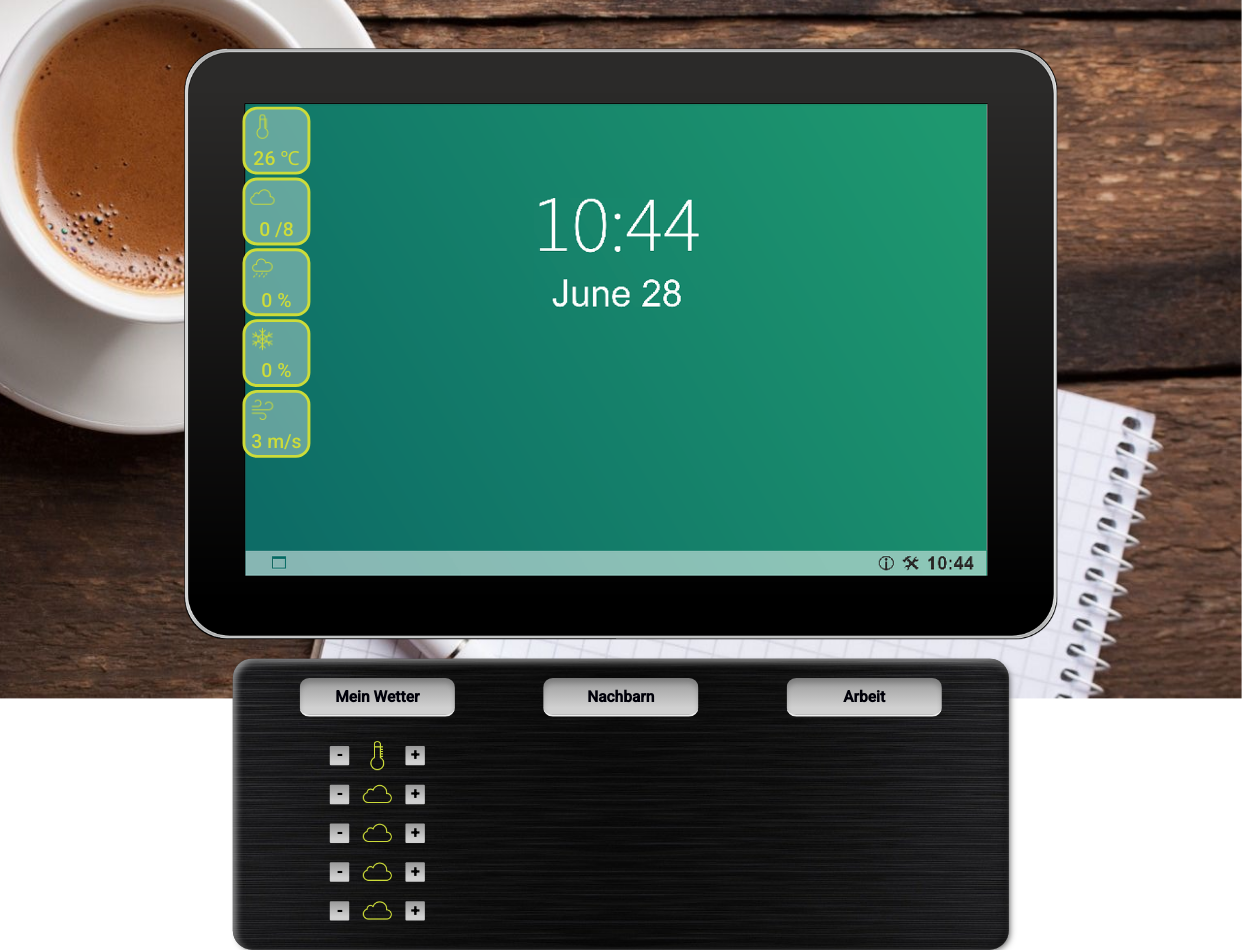
Repository: NadiaSchmitz/wetter.githab.io
Page: index.html
The author's editor kept a record of every edit. The page is drawn from the files as they stood at one moment, then again after the next edit.
The browser window is 1280 px wide. The pictures show the whole page, at 97% of full size.

Above is the page before.
Not found: styles/background1.css
Not found: styles/background2.css
Not found: styles/background3.css

### index.html
<!DOCTYPE html>
<html>

<head>
  <meta charset="utf-8" />
  <title>Das Wetter</title>
  <link rel="stylesheet" href="./styles/reset.css" type="text/css" />
  <link rel="stylesheet" href="./styles/style.css" type="text/css" />
  <link rel="stylesheet" href="./styles/icons.css" type="text/css" />
  <link rel="stylesheet" href="./styles/table.css" type="text/css" />
  <link rel="stylesheet" href="./styles/tablet.css" type="text/css" />
  <link rel="stylesheet" href="./styles/keyboard.css" type="text/css" />
  <link rel="stylesheet" href="./styles/background1.css" type="text/css" />
  <link rel="stylesheet" href="./styles/background2.css" type="text/css" />
  <link rel="stylesheet" href="./styles/background3.css" type="text/css" />
  <meta name="viewport" content="width=device-width, initial-scale=1.0">
  <link rel="preconnect" href="https://fonts.googleapis.com">
  <link rel="preconnect" href="https://fonts.gstatic.com" crossorigin>
  <link href="https://fonts.googleapis.com/css2?family=Roboto:wght@500&display=swap" rel="stylesheet">
  <link rel="shortcut icon" href="images/favicon.png" type="image/x-icon">
  <script src="https://ajax.googleapis.com/ajax/libs/jquery/2.2.0/jquery.min.js"></script>

</head>

<body>
  <section class="wrapper">
    <div class="coffee"></div>
    <section class="inner_wrapper">
      <div class="weather_wrapper">
        <div id="weather" class="main_layout_my_weather">
        <div id="layout_1" class="layout1_my_weather"></div>
        <div class="status_wrapper">
          <div class="status status_temperature">
            <div class="status_value status_temperature_value">
              <span>26</span>
              <span class="celsius">&#8451;</span>
            </div>
          </div>
          <div class="status status_clouds">
            <div class="status_value status_clouds_value">
              <span>0</span>
              <span>/8</span>
            </div>
          </div>
          <div class="status status_rain">
            <div class="status_value status_rain_value">
              <span>0</span>
              <span>%</span>
            </div>
          </div>
          <div class="status status_snow">
            <div class="status_value status_snow_value">
              <span>0</span>
              <span>%</span>
            </div>
          </div>
          <div class="status status_wind">
            <div class="status_value status_wind_value">
              <span>3</span>
              <span>m/s</span>
            </div>
          </div>
        </div>
      </div>
      </div>
      <div class="control">
        <div class="control_keyboard">
          <div class="control_keyboard_section">
            <div class="weather_button_wrapper">
              <span id="myWeather" class="weather_button">Mein Wetter</span>
            </div>
            <div class="control_keyboard_content">
              <div class="control_keyboard_content_item">
                <span class="control_button temperatur_minus">-</span>
                <span class="control_weather temperatur_value"></span>
                <span class="control_button temperatur_plus">+</span>
              </div>
              <div class="control_keyboard_content_item">
                <span class="control_button clouds_minus">-</span>
                <span class="control_weather clouds_value"></span>
                <span class="control_button clouds_plus">+</span>
              </div>
              <div class="control_keyboard_content_item">
                <span class="control_button clouds_minus">-</span>
                <span class="control_weather clouds_value"></span>
                <span class="control_button clouds_plus">+</span>
              </div>
              <div class="control_keyboard_content_item">
                <span class="control_button clouds_minus">-</span>
                <span class="control_weather clouds_value"></span>
                <span class="control_button clouds_plus">+</span>
              </div>
              <div class="control_keyboard_content_item">
                <span class="control_button clouds_minus">-</span>
                <span class="control_weather clouds_value"></span>
                <span class="control_button clouds_plus">+</span>
              </div>
            </div>
          </div>
          <div class="control_keyboard_section">
            <div class="weather_button_wrapper">
              <span id="nachbarnWeather" class="weather_button">Nachbarn</span>
            </div>
          </div>
          <div class="control_keyboard_section">
            <div class="weather_button_wrapper">
              <span id="arbeitWeather" class="weather_button">Arbeit</span>
            </div>
          </div>
        </div>
      </div>
    </section>
  </section>
  <script type="text/javascript" src="./js/weather.js"></script>
  <script type="text/javascript" src="./js/general.js"></script>
</body>

</html>

### styles/reset.css
html, body, div, span, applet, object, iframe,
h1, h2, h3, h4, h5, h6, p, blockquote, pre,
a, abbr, acronym, address, big, cite, code,
del, dfn, em, img, ins, kbd, q, s, samp,
small, strike, strong, sub, sup, tt, var,
b, u, i, center,
dl, dt, dd, ol, ul, li,
fieldset, form, label, legend,
table, caption, tbody, tfoot, thead, tr, th, td,
article, aside, canvas, details, embed,
figure, figcaption, footer, header, hgroup,
menu, nav, output, ruby, section, summary,
time, mark, audio, video {
	margin: 0;
	padding: 0;
	box-sizing: border-box;
	border: 0;
	font-size: 100%;
	font: inherit;
	vertical-align: baseline;
}
/* HTML5 display-role reset for older browsers */
article, aside, details, figcaption, figure,
footer, header, hgroup, menu, nav, section {
	display: block;
}
body {
	line-height: 1;
}
ol, ul {
	list-style: none;
}
blockquote, q {
	quotes: none;
}
blockquote:before, blockquote:after,
q:before, q:after {
	content: '';
	content: none;
}
table {
	border-collapse: collapse;
	border-spacing: 0;
}

### styles/style.css
.wrapper {
  height: calc(100vh);
  background-position: 50% -200px;
}

.inner_wrapper {
  font-family: 'Roboto', sans-serif;
  padding: 50px  0 0 0;
}

.weather_wrapper {
  width: 900px;
  height: 609px;
  background-image: url(../images/tablet.png);
  background-size: contain;
  background-repeat: no-repeat;
  margin: 0 auto 20px;
  padding: 50px;
}

#weather {
  position: relative;
  width: 800px;
  height: 511px;
  background-size: cover;
  background-repeat: no-repeat;
  background-position: 50%;
  margin: 0 auto;
}

#layout_1 {
  position: absolute;
  top: 0;
  bottom: 0;
  left: 0;
  right: 0;
  background-size: cover;
  background-position: 40% 0;
}

.status_wrapper {
  padding: 10px 0 0 10px;
}

.status {
  position: relative;
  width: 70px;
  height: 70px;
  border-radius: 15px;
  border: 3px solid #cddc39;
  background-size: 25px;
  background-position: 5px 5px;
  background-repeat: no-repeat;
  background-color: rgb(255 255 255 / 35%);
  margin: 0 0 3px 0;
}

.status:last-of-type {
  margin: 0;
}

.status_value {
  font-size: 20px;
  line-height: 40px;
  text-align: center;
  color: #cddc39;
  margin: 30px 0 0 0;
}

.control {

}

.control_keyboard {
  width: 800px;
  height: 300px;
  background-color: #3a3939;
  background-size: cover;
  border-radius: 20px;
  text-align: center;
  box-shadow: inset rgba(0,0,0,.5) -3px -3px 8px, inset rgb(179 178 178 / 90%) 3px 3px 8px, rgba(0,0,0,.8) 3px 3px 8px -3px;
  margin: 0 auto;
  padding: 20px;
}

.control_keyboard_section {
  display: inline-block;
  vertical-align: top;
  width: 32.5%;
  padding: 0 10px 0 10px;
}

.weather_button_wrapper {
  margin: 0 0 30px 0;
}

.weather_button {
  width: 160px;
  height: 40px;
  border-bottom: 2px solid #eee;
  box-shadow: inset rgba(0,0,0,0.2) 0px 5px 6px;
  display: block;
  font-size: 16px;
  line-height: 40px;
  color: #000009;
  font-weight: 700;
  text-align: center;
  text-decoration: none;
  background-image: -webkit-linear-gradient(top, #999, #d0d0d0 80%);
  background-image: -moz-linear-gradient(top, #999, #d0d0d0 80%);
  background-image: -ms-linear-gradient(top, #999, #d0d0d0 80%);
  background-image: -o-linear-gradient(top, #999, #d0d0d0 80%);
  background-image: linear-gradient(top, #999, #d0d0d0 80%);
  -moz-border-radius: 10px;
  -webkit-border-radius: 10px;
  border-radius: 10px;
  -webkit-transition: all .1s ease-in;
  -moz-transition: all .1s ease-in;
  -ms-transition: all .1s ease-in;
  -o-transition: all .1s ease-in;
  transition: all .1s ease-in;
  cursor: pointer;
  margin: 0 auto;
}

.weather_button:hover {
  -webkit-box-shadow: rgba(0,0,0,.4) 0 3px 8px;
  -moz-box-shadow: rgba(0,0,0,.4) 0 3px 8px;
  box-shadow: rgba(0,0,0,.4) 0 3px 8px;
}

.weather_button:active {
  color: #777;
  border-bottom: 1px solid #fff;
  -webkit-box-shadow: inset rgba(0,0,0,.5) 0px 5px 10px;
  -moz-box-shadow: inset rgba(0,0,0,.5) 0px 5px 10px;
  box-shadow: inset rgba(0,0,0,.5) 0px 5px 10px;
}

.control_keyboard_content_item {
  margin: 0 0 15px 0;
}

.control_button {
  display: inline-block;
  vertical-align: top;
  width: 20px;
  height: 20px;
  font-size: 16px;
  line-height: 20px;
  font-weight: 700;
  text-align: center;
  background-image: -webkit-linear-gradient(top, #999, #d0d0d0 80%);
  background-image: -moz-linear-gradient(top, #999, #d0d0d0 80%);
  background-image: -ms-linear-gradient(top, #999, #d0d0d0 80%);
  background-image: -o-linear-gradient(top, #999, #d0d0d0 80%);
  background-image: linear-gradient(top, #999, #d0d0d0 80%);
  -moz-border-radius: 1px;
  -webkit-border-radius: 1px;
  border-radius: 1px;
  -webkit-transition: all .1s ease-in;
  -moz-transition: all .1s ease-in;
  -ms-transition: all .1s ease-in;
  -o-transition: all .1s ease-in;
  transition: all .1s ease-in;
}

.control_weather {
  display: inline-block;
  vertical-align: top;
  width: 30px;
  height: 30px;
  background-position: 50%;
  background-size: cover;
  margin: -5px 10px 0 10px;
}

### js/weather.js
var weatherArray = [];
weatherArray = [
  {
    weatherOwner: "myWeather",
    temperaturUnderLimit: 25,
    temperaturStandart: 26,
    temperaturUpperLimit: 27,
    cloudsUnderLimit: 0,
    cloudsStandart: 0,
    cloudsUpperLimit: 1,
    rainUnderLimit: 0,
    rainStandart: 0,
    rainUpperLimit: 5,
    snowUnderLimit: 0,
    snowStandart: 0,
    snowUpperLimit: 0,
    windUnderLimit: 3,
    windStandart: 3,
    windUpperLimit: 5,
    mainLayoutClass: "main_layout_my_weather",
    layout1: "layout1_my_weather",
    layout2: ""
  },

  {
    weatherOwner: "nachbarnWeather",
    temperaturUnderLimit: 3,
    temperaturStandart: 5,
    temperaturUpperLimit: 8,
    cloudsUnderLimit: 7,
    cloudsStandart: 8,
    cloudsUpperLimit: 9,
    rainUnderLimit: 80,
    rainStandart: 90,
    rainUpperLimit: 100,
    snowUnderLimit: 0,
    snowStandart: 0,
    snowUpperLimit: 0,
    windUnderLimit: 20,
    windStandart: 30,
    windUpperLimit: 40,
    mainLayoutClass: "main_layout_nachbarn_weather",
    layout1: "layout1_nachbarn_weather",
    layout2: ""
  },

  {
    weatherOwner: "arbeitWeather",
    temperaturUnderLimit: -10,
    temperaturStandart: -20,
    temperaturUpperLimit: -30,
    cloudsUnderLimit: 3,
    cloudsStandart: 4,
    cloudsUpperLimit: 5,
    rainUnderLimit: 0,
    rainStandart: 0,
    rainUpperLimit: 0,
    snowUnderLimit: 30,
    snowStandart: 50,
    snowUpperLimit: 80,
    windUnderLimit: 0,
    windStandart: 0,
    windUpperLimit: 0,
    mainLayoutClass: "main_layout_arbeit_weather",
    layout1: "layout1_arbeit_weather",
    layout2: ""
  },
]

$(document).ready(function() {
  $(".weather_button").click(function() {
    var buttonId = $(this).attr('id');
    console.log(buttonId);
    for (var i = 0; i < weatherArray.length; i++) {
      if (buttonId == weatherArray[i].weatherOwner) {
        var styleId = i;
        $('#weather').removeClass().addClass(weatherArray[styleId].mainLayoutClass);
        $('#layout_1').removeClass().addClass(weatherArray[styleId].layout1);
        /*$('.sidebar_left').css('backgroundColor', colorSchemeArray[styleId].colorSidebarLeft);
        $('h4').css('backgroundColor', colorSchemeArray[styleId].colorTopic);*/
      }
    }
  });
})

### js/general.js
$(document).ready(function() {
    var widthScreen = $(window).width() - 700;
    var heightScreen = widthScreen / 1.5;

    var screenRatio = widthScreen / heightScreen;

    console.log(widthScreen);
    console.log(heightScreen);
    console.log(screenRatio);

    $(".weather").css("width", widthScreen);
    $(".weather").css("height", heightScreen);
})

Loaded but not shown: styles/icons.css (library); styles/table.css (library); styles/tablet.css (library); styles/keyboard.css (library)

After the next edit:
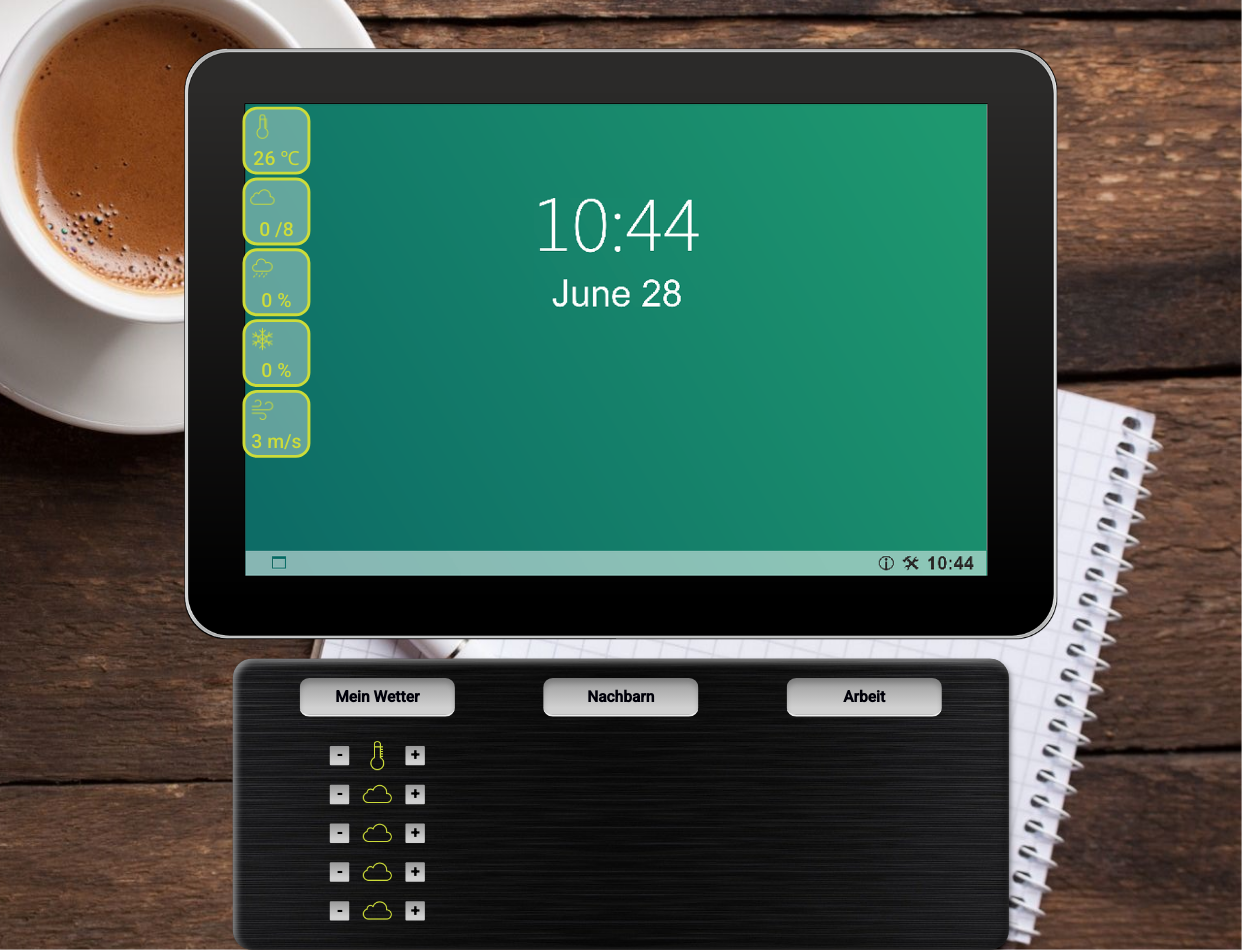
The edit:
--- a/styles/style.css
+++ b/styles/style.css
@@ -1,5 +1,5 @@
 .wrapper {
-  height: calc(100vh);
+  min-height: calc(100vh);
   background-position: 50% -200px;
 }
 
